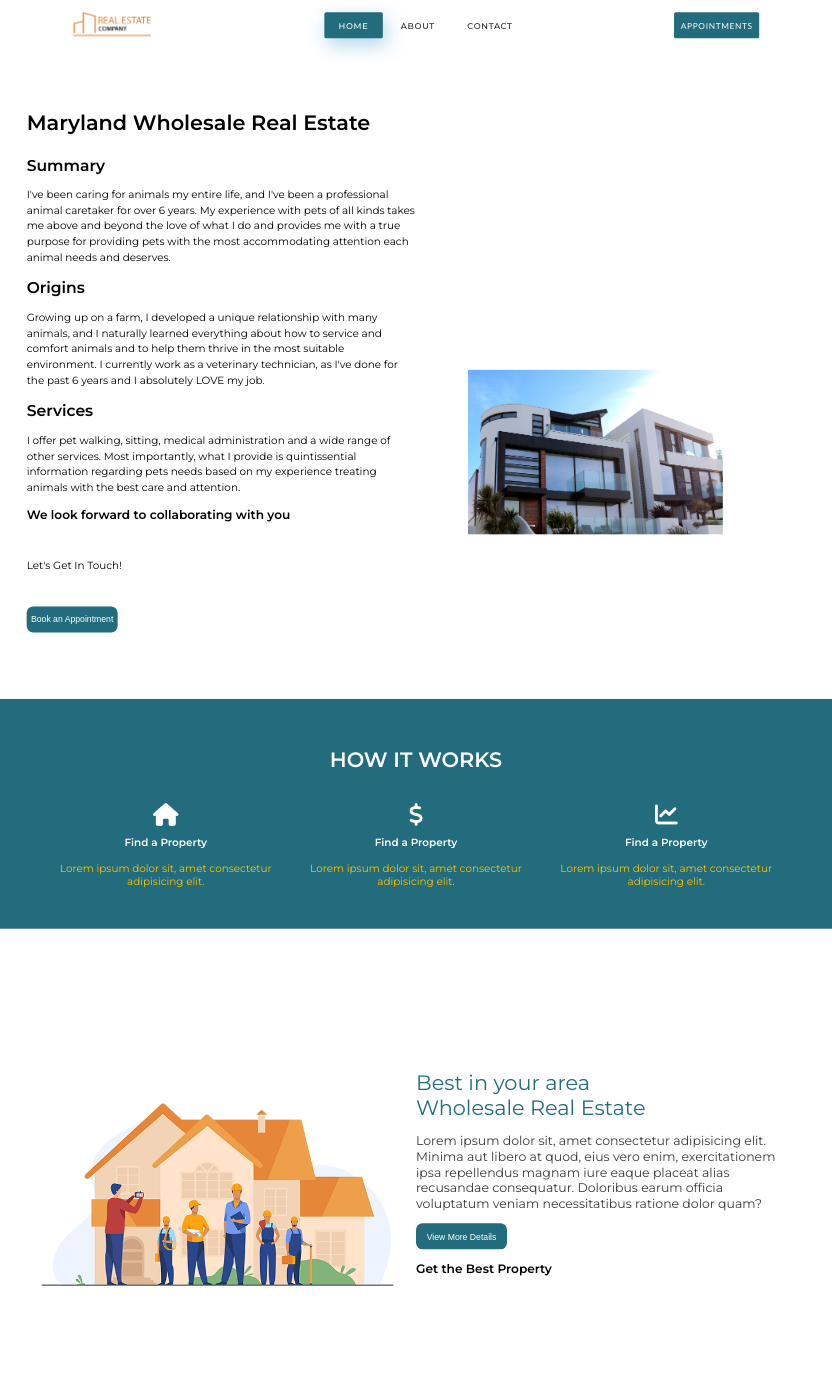
Repository: gabe126679/Mikes-site
Page: /about
The author's editor kept a copy of each file at every save. The page is drawn from the files as they stood at one save, then again after the next save.
The browser window is 1280 px wide. The pictures show the whole page, at 65% of full size.
Some web libraries are served in a nearby version. The project was rebuilt for these pictures with package versions that can differ from the ones it lists, and the page was loaded fresh each time. Also part of the build but not shown: src/components/Header.jsx, src/components/Contact.jsx, src/components/Agentbox.jsx, src/components/Agent.jsx, src/components/Bproperty.jsx, src/components/Item.js, src/components/CarouselItem.jsx, src/components/Properties.jsx and 1 more.

Above is the page before, as saved 2022-04-19 14:49:32.

After the next save:
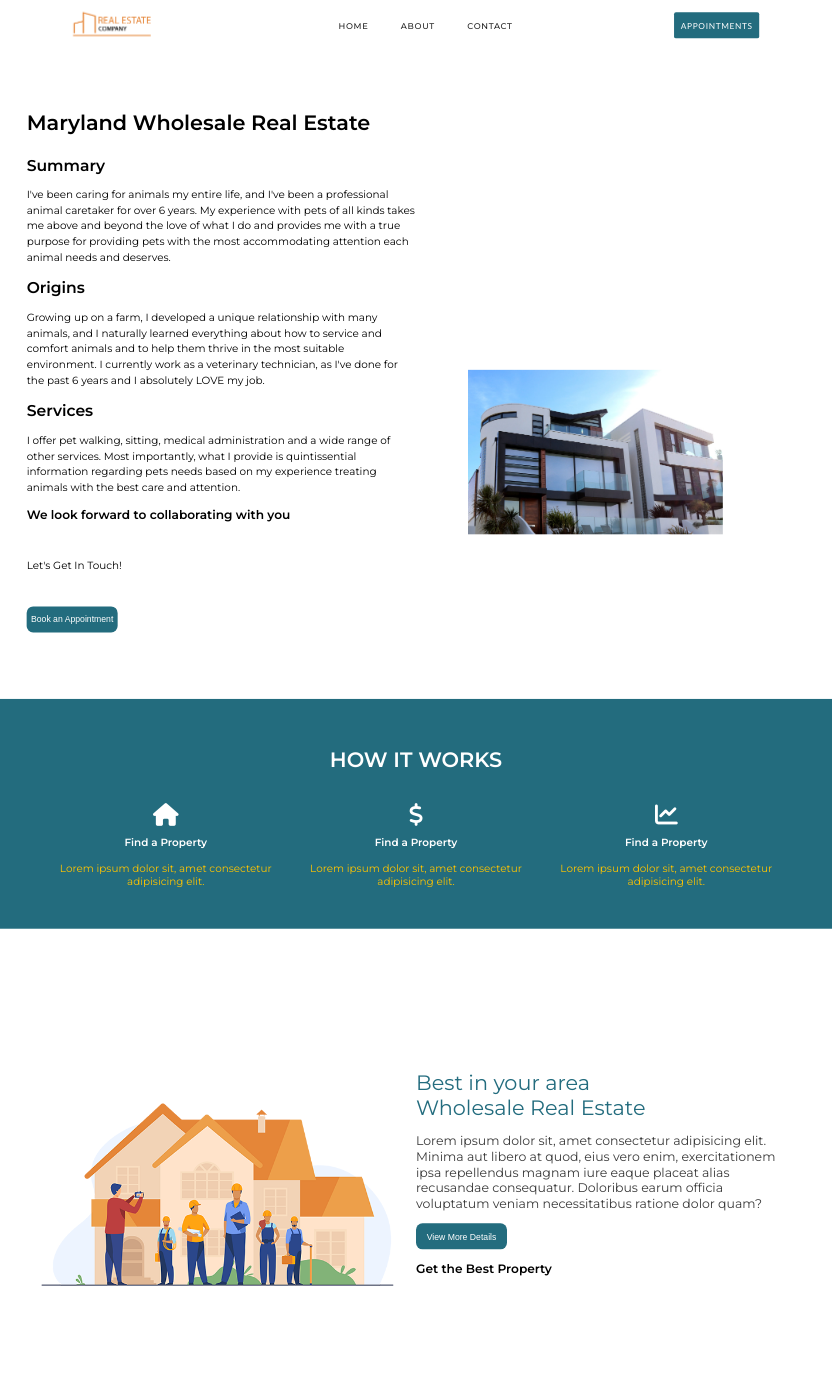
Saved 13 s later.
--- a/src/components/Navbar.jsx
+++ b/src/components/Navbar.jsx
@@ -13,7 +13,7 @@ function Navbar() {
             <span className="nav-icon"></span>
         </label>
         <ul className="menu">
-            <li><Link to="/" className="active">Home</Link></li>
+            <li><Link to="/" >Home</Link></li>
             <li><Link to="/about">About</Link></li>
             <li><Link to="/contact">Contact</Link></li>
         </ul>
